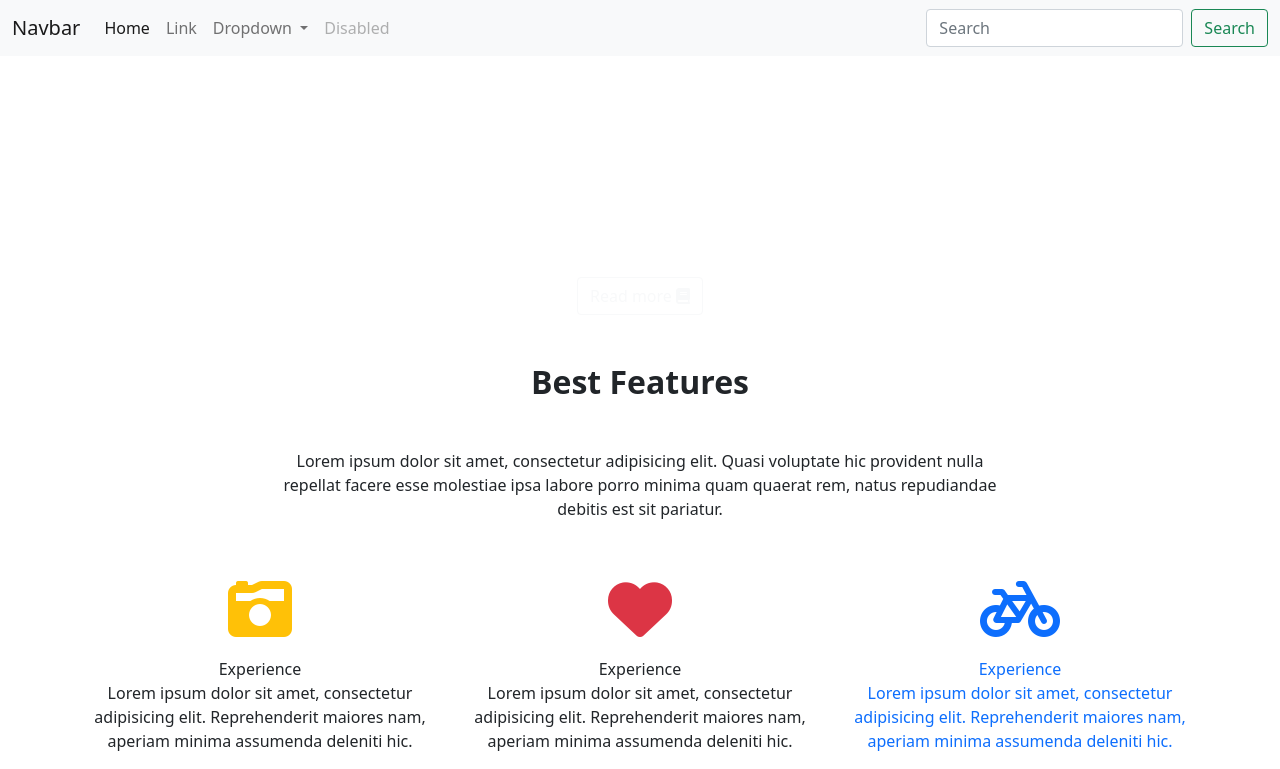
Repository: nptg3105/lab04-landing-page-boostrap5
Page: index.html
An editor plug-in stored every save of this project. The page is shown before and after the next save, followed by the edit.
The browser window is 1280 px wide. The pictures show the whole page.

Above is the page before, as saved 2021-12-19 10:24:50.

After the next save:
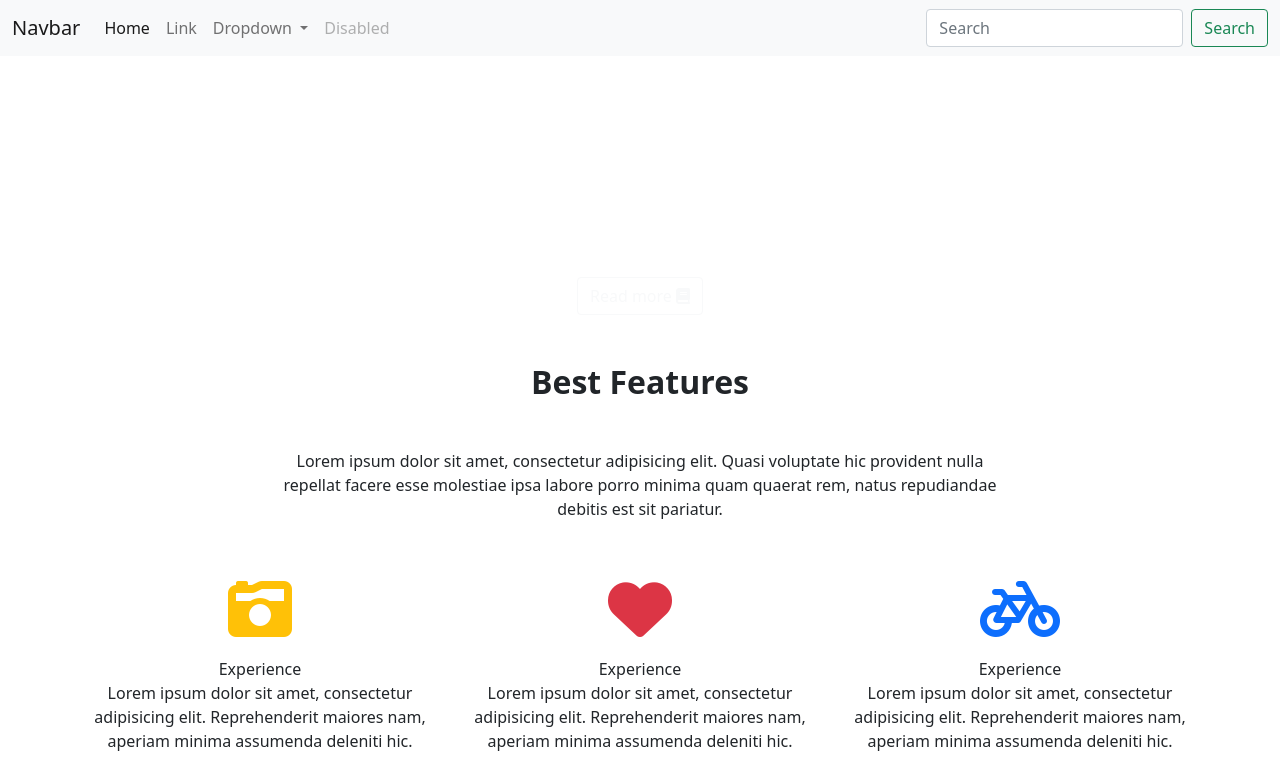
Saved 11 s later.
--- a/index.html
+++ b/index.html
@@ -106,8 +106,8 @@
               <div class="feature__title">Experience</div>
               <div class="feature__desc">Lorem ipsum dolor sit amet, consectetur adipisicing elit. Reprehenderit maiores nam, aperiam minima assumenda deleniti hic.</div>
             </div>
-            <div class="feature__item col-md-4 text-primary">
-              <div class="feature__icon fa-4x"><i class="fas fa-bicycle"></i></div>
+            <div class="feature__item col-md-4 ">
+              <div class="feature__icon fa-4x text-primary"><i class="fas fa-bicycle"></i></div>
               <div class="feature__title">Experience</div>
               <div class="feature__desc">Lorem ipsum dolor sit amet, consectetur adipisicing elit. Reprehenderit maiores nam, aperiam minima assumenda deleniti hic.</div>
             </div>
